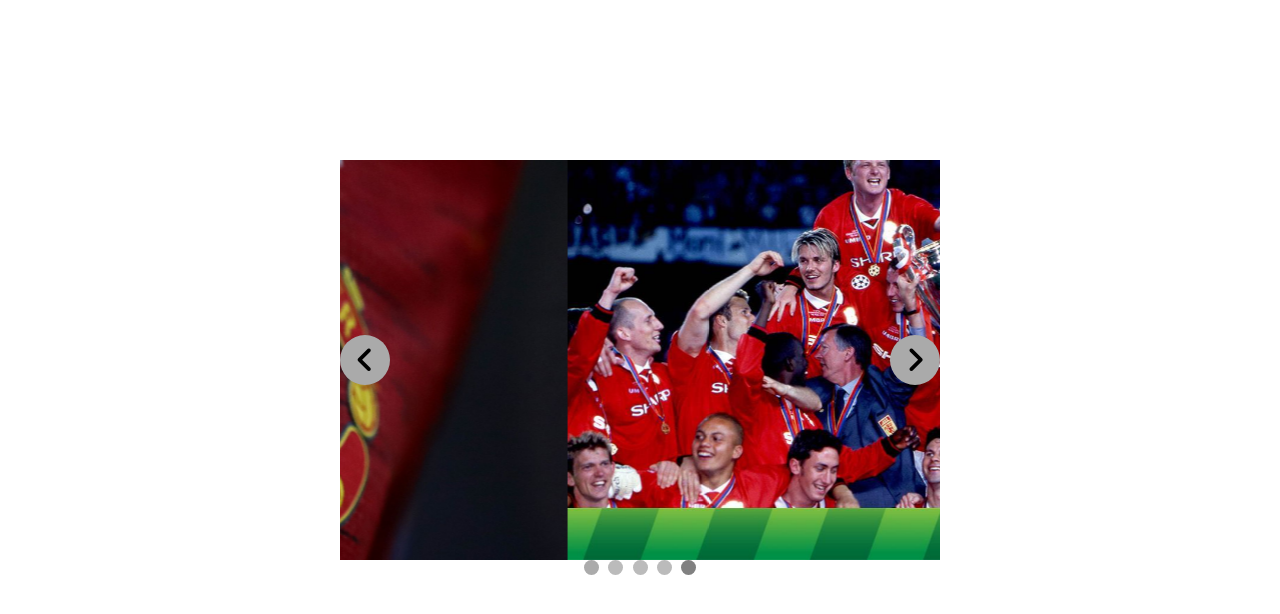
Repository: HoanTiny/slideShow
Page: index.html
These files come from the project's save history. The page is drawn as it stood at one moment and after the next save; the edit follows.
The browser window is 1280 px wide. The pictures show the whole page.
Some web libraries are served in a nearby version.

Above is the page before, as saved 2022-08-18 14:29:02.

### index.html
<!DOCTYPE html>
<html lang="en">
    <head>
        <meta charset="UTF-8" />
        <meta http-equiv="X-UA-Compatible" content="IE=edge" />
        <meta name="viewport" content="width=device-width, initial-scale=1.0" />
        <title>Document</title>
        <link rel="stylesheet" href="./acssets/css/style.css" />
        <link
            rel="stylesheet"
            href="https://cdnjs.cloudflare.com/ajax/libs/font-awesome/6.1.1/css/all.min.css"
        />
    </head>
    <body>
        <div class="slider">
            <i
                class="fa fa-angle-left left-btn disible"
                onclick="makeSlideshow(false);"
            ></i>
            <div class="slider-main">
                <div class="slides">
                    <img src="./acssets/img/mU.jpg" alt="" class="slide" />
                    <img src="./acssets/img/logo.jpg" alt="" class="slide" />
                    <img src="./acssets/img/manU.jpg" alt="" class="slide" />
                    <img src="./acssets/img/logo.jpg" alt="" class="slide" />
                    <img src="./acssets/img/mU.jpg" alt="" class="slide" />
                </div>
            </div>
            <i
                class="fa fa-angle-right right-btn"
                onclick="makeSlideshow(true)"
            ></i>
            <div style="text-align: center">
                <span class="dot"></span>
                <span class="dot"></span>
                <span class="dot"></span>
                <span class="dot"></span>
                <span class="dot"></span>
            </div>
        </div>

        <script src="./acssets/js/index.js"></script>
    </body>
</html>

### acssets/css/style.css
* {
    box-sizing: border-box;
}
body {
    font-family: Verdana, sans-serif;
    margin: 0;
    display: flex;
    justify-content: center;
    align-items: center;
    min-height: 100vh;
    flex-direction: column;
}

.slider {
    width: 600px;
    height: 400px;
    position: relative;
}
.left-btn {
    position: absolute;
    top: 50%;
    left: 0;
    transform: translateY(-50%);
    border-radius: 50%;
    background: rgb(170, 170, 170);
    cursor: pointer;
    font-size: 30px;
    text-align: center;
    padding: 10px;
    width: 50px;
    height: 50px;
    z-index: 1;
}
.left-btn.disible {
    background: rgb(170, 170, 170);
    cursor: default;
}

.right-btn {
    position: absolute;
    top: 50%;
    right: 0;
    transform: translateY(-50%);
    border-radius: 50%;
    background: rgb(170, 170, 170);
    cursor: pointer;
    font-size: 30px;
    text-align: center;
    padding: 10px;
    width: 50px;
    height: 50px;
}

.slider-main {
    width: 100%;
    height: 100%;
    overflow: hidden;
}
.slides {
    display: flex;
    transition: 1s all;
}
img.slide {
    width: 600px;
    height: 400px;
    object-fit: cover;
}

.mySlides {
    width: 100%;
    height: 100%;
}

.dot {
    cursor: pointer;
    height: 15px;
    width: 15px;
    margin: 0 2px;
    background-color: #bbb;
    border-radius: 50%;
    display: inline-block;
    transition: background-color 0.6s ease;
}

.active,
.dot:hover {
    background-color: #717171;
}

.fade {
    animation-name: fade;
    animation-duration: 1.5s;
}

@keyframes fade {
    from {
        opacity: 0.4;
    }
    to {
        opacity: 1;
    }
}

### acssets/js/index.js
const widthImg = 600;
const slides = document.querySelector(".slides");
const dots = document.querySelectorAll(".dot");
const img = document.querySelectorAll(".slide");
slides.style.width = `${widthImg * img.length}px`;
let index = 0;
let slideIndex = 1;
makeSlideshow(slideIndex);

function makeSlideshow(n) {
    if (n === true) {
        if (index >= img.length - 1) {
            index = 0;
        } else {
            index++;
        }
        for (i = 0; i < dots.length; i++) {
            dots[i].className = dots[i].className.replace(" active", "");
        }
        dots[index].className += " active";
        slides.style.transform = `translateX(-${widthImg * index}px)`;
    } else {
        if (index <= 0) {
            index = img.length - 1;
        } else {
            index--;
        }
        for (i = 0; i < dots.length; i++) {
            dots[i].className = dots[i].className.replace(" active", "");
        }
        dots[index].className += " active";
        slides.style.transform = `translateX(-${widthImg * index}px)`;
    }
    dots.forEach((dot, indexdot) => {
        dot.addEventListener("click", () => {
            for (i = 0; i < dots.length; i++) {
                dots[i].className = dots[i].className.replace(" active", "");
            }
            dots[indexdot].className += " active";
            slides.style.transform = `translateX(-${widthImg * indexdot}px)`;
        });
    });
}
setInterval(() => {
    makeSlideshow(true);
}, 5000);

After the next save:
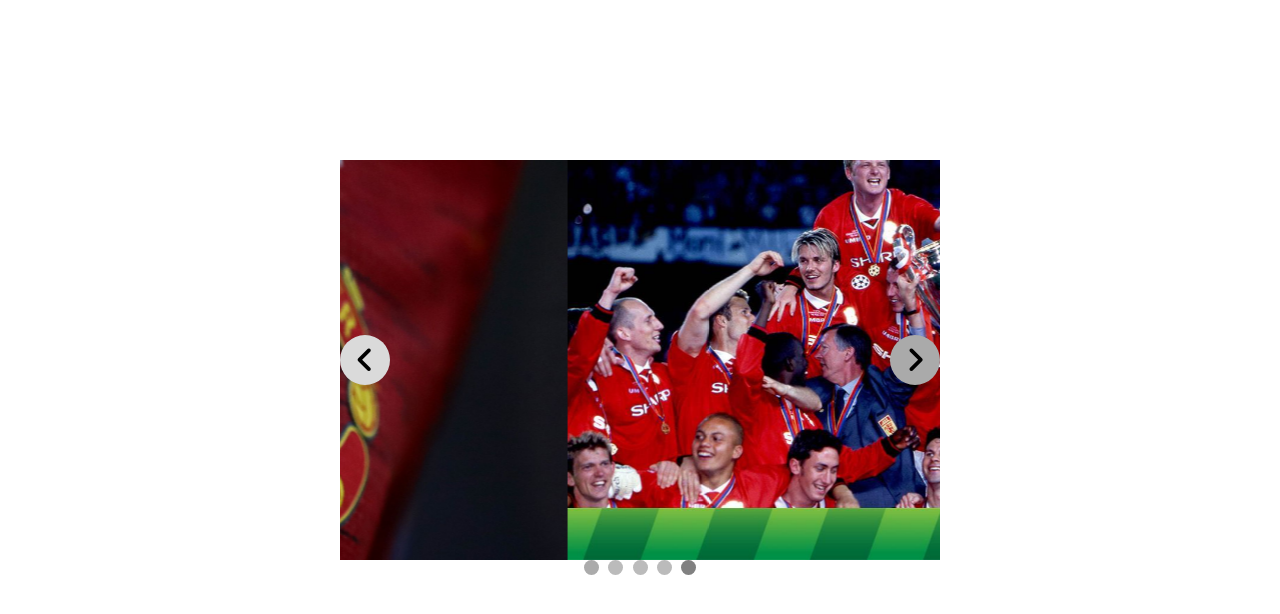
Saved 24 s later.
--- a/acssets/css/style.css
+++ b/acssets/css/style.css
@@ -32,7 +32,7 @@
     z-index: 1;
 }
 .left-btn.disible {
-    background: rgb(170, 170, 170);
+    background: rgb(218, 218, 218);
     cursor: default;
 }
 
